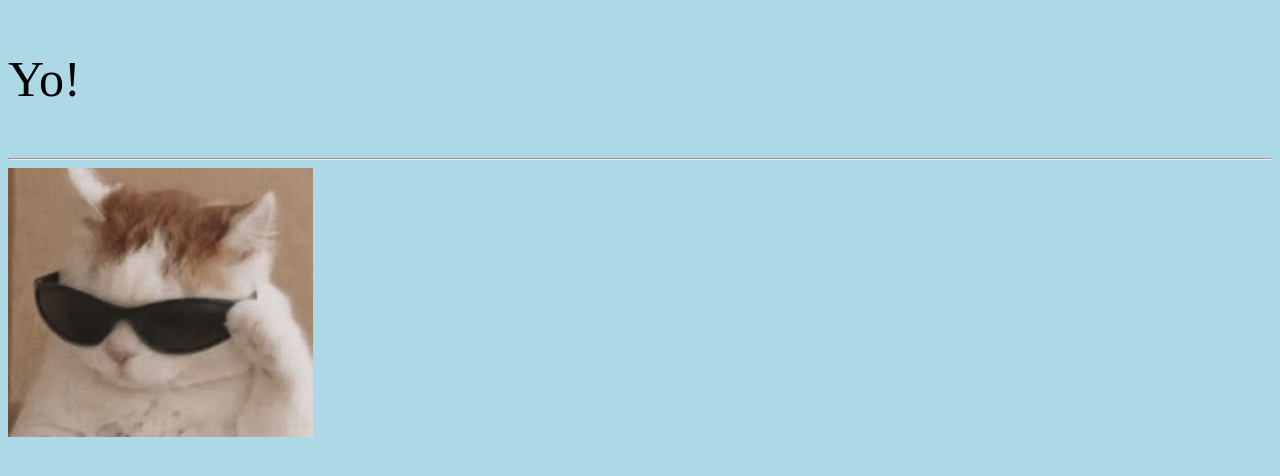
Repository: tjfgk97/sts3
Page: http://localhost/spring-first/hi
An editor plug-in stored every save of this project. The page is shown before and after the next save, followed by the edit.
The browser window is 1280 px wide. The pictures show the whole page.
The page is served by Tomcat 9. Other server files are loaded and not shown.

Above is the page before, as saved 2024-02-01 06:57:11.

### spring-first/src/main/webapp/WEB-INF/views/intro.jsp
<%@ page language="java" contentType="text/html; charset=UTF-8"
    pageEncoding="UTF-8"%>
<!DOCTYPE html>
<html>
<head>
<meta charset="UTF-8">
<title>Intro</title>
<style type="text/css">
@import url("resources/css/intro.css");
</style>
</head>
<body>
	<p>Yo!</p>
	<a href=""></a>
	<hr>
	<img alt="" src="resources/images/ganzi.png">
</body>
</html>

### spring-first/src/main/webapp/resources/css/intro.css
@charset "UTF-8";

body{
	background-color: lightblue;
}
p{
	font-size: 50px;
}

After the next save:
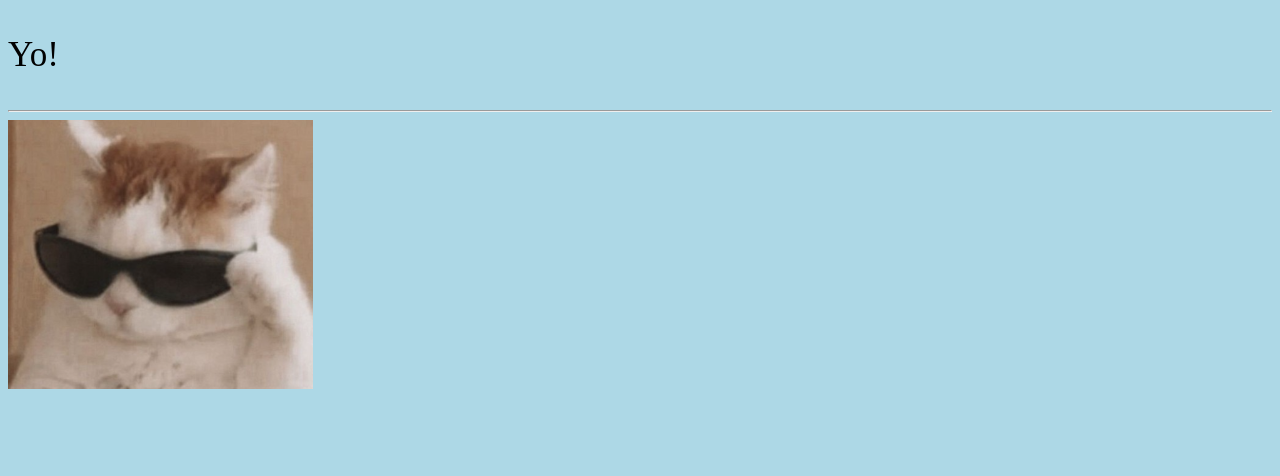
Saved 10 s later.
--- a/spring-first/src/main/webapp/resources/css/intro.css
+++ b/spring-first/src/main/webapp/resources/css/intro.css
@@ -4,5 +4,5 @@
 	background-color: lightblue;
 }
 p{
-	font-size: 50px;
+	font-size: 35px;
 }

After the save that followed:
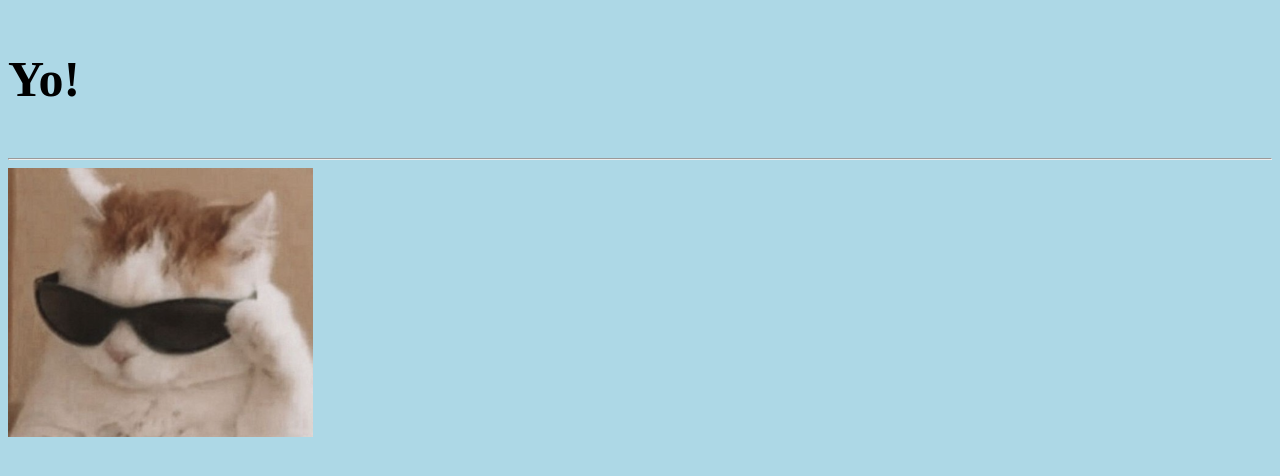
Saved 43 s later.
--- a/spring-first/src/main/webapp/resources/css/intro.css
+++ b/spring-first/src/main/webapp/resources/css/intro.css
@@ -4,5 +4,6 @@
 	background-color: lightblue;
 }
 p{
-	font-size: 35px;
+	font-size: 50px;
+	font-weight: bold;
 }
